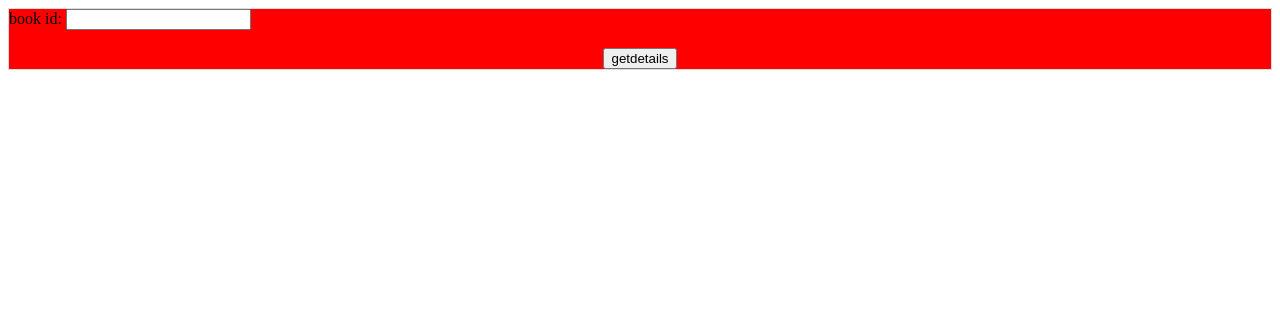
Repository: Saikumar6901/DBSTrainingModules
Page: http://localhost/Bookmanagement/updatefile.jsp
These files come from the project's save history. The page is drawn as it stood at one moment and after the next save; the edit follows.
The browser window is 1280 px wide. The pictures show the whole page.
The page is served by Tomcat 9. Other server files are loaded and not shown.

Above is the page before, as saved 2019-08-12 15:14:36.

### eclipse/Bookmanagement/WebContent/updatefile.jsp
<%@ page language="java" contentType="text/html; charset=ISO-8859-1"
    pageEncoding="ISO-8859-1"%>
<!DOCTYPE html>
<html>
<head>
<meta charset="ISO-8859-1">
<title>Insert title here</title>
<style>
.updateform{
  border: 1px solid #dddddd;
  text-align: left;
  padding: "50%";
  background-color:#ff0000;
  margin:auto;
  display:block;
}
.subbutton{

  margin:auto;
  display:block;
}
</style>
</head>
<body>
<form action="updatedetails.jsp" class="updateform">
book id: <input type="text" name="bookid"><br></br>
 <input type="submit" class="subbutton" value="getdetails">
</form>
</body>
</html>

After the next save:
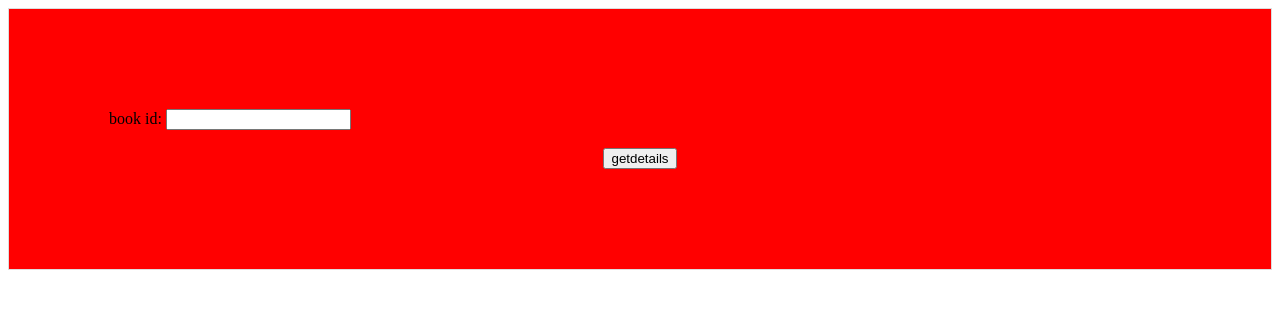
Saved 14 s later.
--- a/eclipse/Bookmanagement/WebContent/updatefile.jsp
+++ b/eclipse/Bookmanagement/WebContent/updatefile.jsp
@@ -9,7 +9,7 @@
 .updateform{
   border: 1px solid #dddddd;
   text-align: left;
-  padding: "50%";
+  padding: 100px;
   background-color:#ff0000;
   margin:auto;
   display:block;
